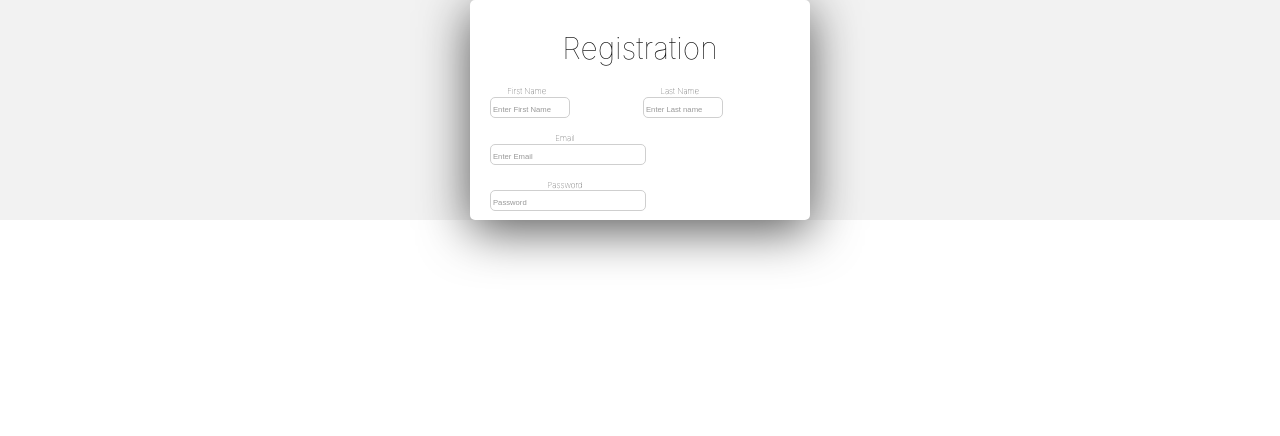
Repository: Fortune-Labs/Event-management-system-CapstoneG3
Page: / (app in frontend/)
These files come from the project's save history. The page is drawn as it stood at one moment and after the next save; the edit follows.
The browser window is 1280 px wide. The pictures show the whole page.
The project was rebuilt for these pictures with package versions that can differ from the ones it lists, and the page was loaded fresh each time.

Above is the page before, as saved 2020-09-03 03:02:35.

### frontend/src/App.js
import React from "react";
import "./App.css";
import Register from "./components/LoginSignup/register";

function App() {
  return (
    <div className="App">
      <Register />
    </div>
  );
}

export default App;

### frontend/src/components/LoginSignup/register.jsx
import React from "react";
import "./style.css";

const emailRegex = RegExp(
  /^[a-zA-Z0-9.!#$%&’*+/=?^_`{|}~-]+@[a-zA-Z0-9-]+(?:\.[a-zA-Z0-9-]+)*$/
);

const formValid = ({ formErrors, ...rest }) => {
  let valid = true;

  // validate form errors being empty
  Object.values(formErrors).forEach((val) => {
    val.length > 0 && (valid = false);
  });

  // validate the form was filled out
  Object.values(rest).forEach((val) => {
    val === null && (valid = false);
  });

  return valid;
};
export default class Register extends React.Component {
  constructor(props) {
    super(props);
    this.state = {
      firstName: null,
      lastName: null,
      email: null,
      password: null,
      cpassword: null,
      phone: null,
      address: null,
      city: null,
      formErrors: {
        firstName: "",
        lastName: "",
        email: "",
        password: "",
        cpassword: "",
        phone: "",
        address: "",
        city: "",
      },
    };
  }

  handleSubmit = (e) => {
    e.preventDefault();

    if (formValid(this.state)) {
      //bellow hello we submit form to backend
      console.log(`
        --SUBMITTING--
        First Name: ${this.state.firstName}
        Last Name: ${this.state.lastName}
        Email: ${this.state.email}
        Password: ${this.state.password}
      `);
    } else {
      console.error("FORM INVALID - DISPLAY ERROR MESSAGE");
    }
  };

  handleChange = (e) => {
    e.preventDefault();
    const { name, value } = e.target;
    let formErrors = { ...this.state.formErrors };

    switch (name) {
      case "firstName":
        formErrors.firstName =
          value.length < 3 ? "minimum 3 characaters required" : "";
        break;
      case "lastName":
        formErrors.lastName =
          value.length < 3 ? "minimum 3 characaters required" : "";
        break;
      case "email":
        formErrors.email = emailRegex.test(value)
          ? ""
          : "invalid email address";
        break;
      case "password":
        formErrors.password =
          value.length < 6 ? "minimum 6 characaters required" : "";
        break;
      default:
        break;
    }

    this.setState({ formErrors, [name]: value }, () => console.log(this.state));
  };

  render() {
    const { formErrors } = this.state;
    return (
      <div className="wrapper">
        <div className="form-wrapper">
          <h1>Registration</h1>
          <form onSubmit={this.handleSubmit} noValidate>
            <div className="firstName">
              <label htmlFor="firstName">First Name</label>
              <input
                type="text"
                name="firstName"
                placeholder="Enter First Name"
                noValidate
                onChange={this.handleChange}
              />
              {formErrors.firstName.length > 0 && (
                <span className="errorMessage">{formErrors.firstName}</span>
              )}
            </div>
            <div className="lastName">
              <label htmlFor="lastName">Last Name</label>
              <input
                type="text"
                name="lastName"
                placeholder="Enter Last name"
                noValidate
                onChange={this.handleChange}
              />
              {formErrors.lastName.length > 0 && (
                <span className="errorMessage">{formErrors.lastName}</span>
              )}
            </div>
            <div className="email">
              <label htmlFor="email">Email</label>
              <input
                type="text"
                name="email"
                placeholder="Enter Email"
                noValidate
                onChange={this.handleChange}
              />
              {formErrors.email.length > 0 && (
                <span className="errorMessage">{formErrors.email}</span>
              )}
            </div>
            <div className="password">
              <label htmlFor="password">Password</label>
              <input
                type="password"
                name="password"
                placeholder="Password"
                noValidate
                onChange={this.handleChange}
              />
              {formErrors.password.length > 0 && (
                <span className="errorMessage">{formErrors.password}</span>
              )}
            </div>
          </form>
        </div>
      </div>
    );
  }
}

### frontend/src/components/LoginSignup/style.css
body {
  overflow: hidden;
  margin: 0;
}
.wrapper {
  height: 80%;
  width: 100%;
  display: flex;
  flex-flow: row wrap;
  flex-direction: column;
  justify-content: center;
  align-items: center;
  background-color: #f2f2f2;
  margin-top: -20px;
  margin: 0;
}

.form-wrapper {
  width: 300px;
  height: 200px;
  display: flex;
  flex-direction: column;
  padding: 10px 20px;
  border-radius: 5px;
  box-shadow: 0px 10px 50px #555;
  background-color: #ffffff;
}

form {
  margin: 0;
  width: 100%;
  display: flex;
  flex-wrap: wrap;
}

h1 {
  text-align: center;

  color: #111;
  font-size: 30px;
  font-weight: lighter;
  font-family: -apple-system, BlinkMacSystemFont, "Segoe UI", Roboto, Oxygen,
    Ubuntu, Cantarell, "Open Sans", "Helvetica Neue", sans-serif;
}

label {
  width: 50%;
  font-size: 8px;
  margin-bottom: 0.09em;
  color: #222;
  font-weight: lighter;
}

input {
  width: 50%;
  padding: 2px;
  border-radius: 5px;
  outline: none;
  border: 1px solid #cfcfcf;
  font-size: 0.8em;
}

input::placeholder {
  font-size: 0.6em;
  font-weight: lighter;
  color: #999;
}

input.error {
  border: 1px solid red;
}

.errorMessage {
  color: red;
  font-size: 0.75em;
  display: relative;
}

.firstName {
  margin-right: 1%;
}

.lastName {
  margin-left: 1%;
}

.firstName,
.lastName,
.email,
.password,
.cpassword,
.phone,
.address,
.city {
  display: flex;
  flex-direction: column;
  margin-bottom: 15px;
}

.firstName,
.lastName {
  width: 49%;
}

.email,
.password {
  width: 100%;
}

.createAccount {
  width: 100%;
  display: flex;
  flex-direction: column;
  align-items: center;
}

.createAccount button {
  background-color: #519e8a;
  color: #fff;
  border: 2px solid #fff;
  width: 100%;
  margin-top: 1em;
  padding: 8px 0px;
  font-size: 1em;
  font-weight: lighter;
  letter-spacing: 1px;
  margin-bottom: 0.25em;
}

.createAccount button:hover {
  color: #519e8a;
  background-color: #fff;
  border: 2px solid #519e8a;
}

.createAccount small {
  color: #999;
  font-weight: lighter;
}

Loaded but not shown: frontend/public/index.html (common file); frontend/src/index.js (common file); frontend/src/index.css (common file); frontend/src/serviceWorker.js (common file); frontend/src/App.css (common file)

After the next save:
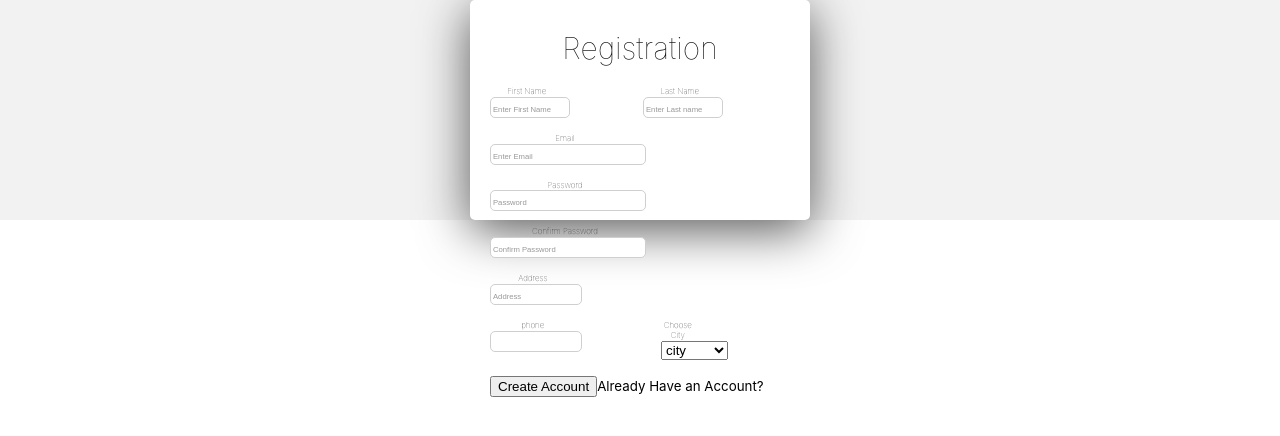
Saved 2 min 58 s later.
--- a/frontend/src/components/LoginSignup/register.jsx
+++ b/frontend/src/components/LoginSignup/register.jsx
@@ -151,6 +151,65 @@ export default class Register extends React.Component {
                 <span className="errorMessage">{formErrors.password}</span>
               )}
             </div>
+            <div className="password">
+              <label htmlFor="password">Confirm Password</label>
+              <input
+                type="password"
+                name="cpassword"
+                placeholder="Confirm Password"
+                noValidate
+                onChange={this.handleChange}
+              />
+              {formErrors.cpassword.length > 0 && (
+                <span className="errorMessage">{formErrors.cpassword}</span>
+              )}
+            </div>
+
+            <div className="address">
+              <label htmlFor="address">Address</label>
+              <input
+                type="text"
+                name="address"
+                placeholder="Address"
+                noValidate
+                onChange={this.handleChange}
+              />
+            </div>
+
+            <div className="phone">
+              <label htmlFor="phone">phone</label>
+              <input
+                type="phone"
+                name="phone"
+                placeholder=""
+                noValidate
+                onChange={this.handleChange}
+              />
+            </div>
+
+            <div className="city">
+              <label htmlFor="city">Choose City</label>
+              <select
+                id="city"
+                name="city"
+                noValidate
+                onChange={this.handleChange}
+              >
+                <option value="" disabled selected hidden>
+                  city
+                </option>
+                <option value="acc">Accra</option>
+                <option value="tma">Tamale</option>
+                <option value="ksi">Kumasi</option>
+              </select>
+            </div>
+
+            <div className="register action-counter">
+              <button onClick={this.register} type="submit" className="btn">
+                Create Account
+              </button>
+              <small>Already Have an Account?</small>
+            </div>
           </form>
         </div>
       </div>
